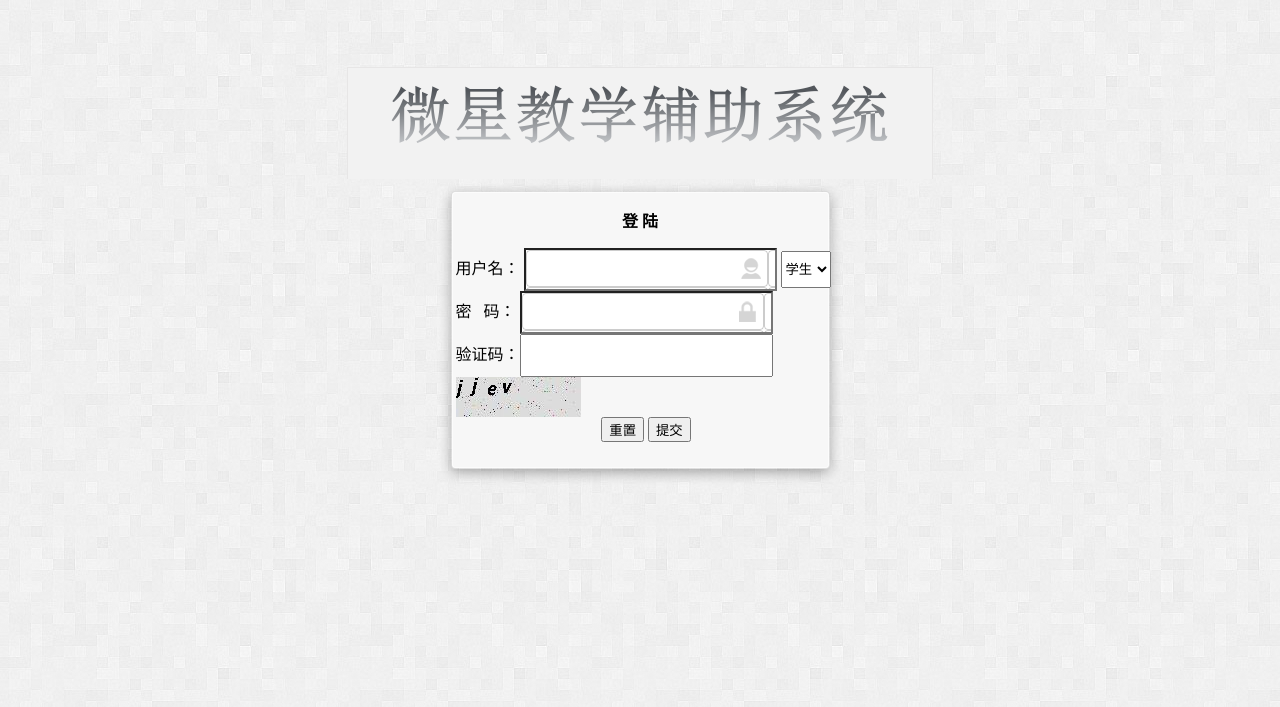
Repository: wxbuditou/Java-
Page: http://localhost/Project/
The author's editor kept a copy of each file at every save. The page is drawn from the files as they stood at one save, then again after the next save.
The browser window is 1280 px wide. The pictures show the whole page.
The page is served by Tomcat 9.

Above is the page before, as saved 2019-06-27 07:24:05.

After the next save:
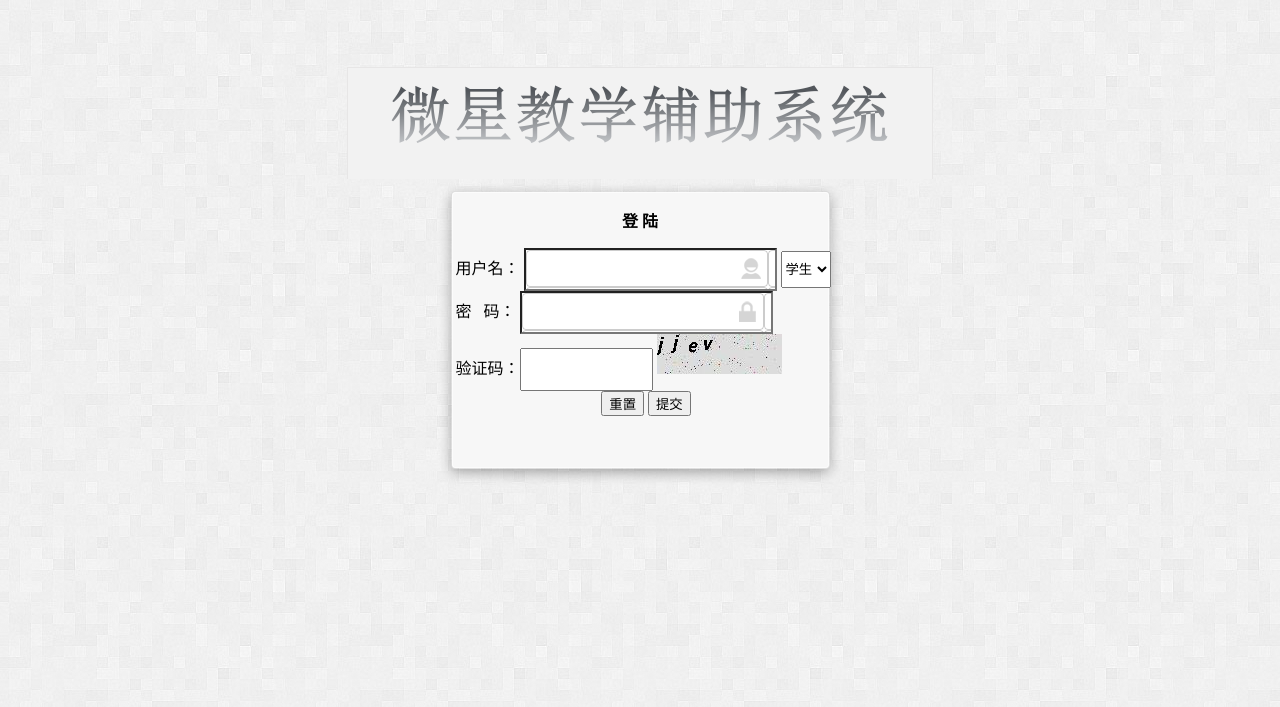
Saved 35 s later.
--- a/Project/WebContent/index.jsp
+++ b/Project/WebContent/index.jsp
@@ -122,7 +122,7 @@ body {
 			密&nbsp;&nbsp;&nbsp;码：
     <input type="password" name="password" id="password" style="  width:245px; height:37px;" class="password">
 	<br>
-	验证码：<input type="text" name="code" id="code" style="  width:245px; height:37px;">
+	验证码：<input type="text" name="code" id="code" style="  width:125px; height:37px;">
 	<img src="servlet/CheckCodeServlet"><br>
     <div style="text-align:center;">
 	<input type="reset" value="重置" style=" text">
